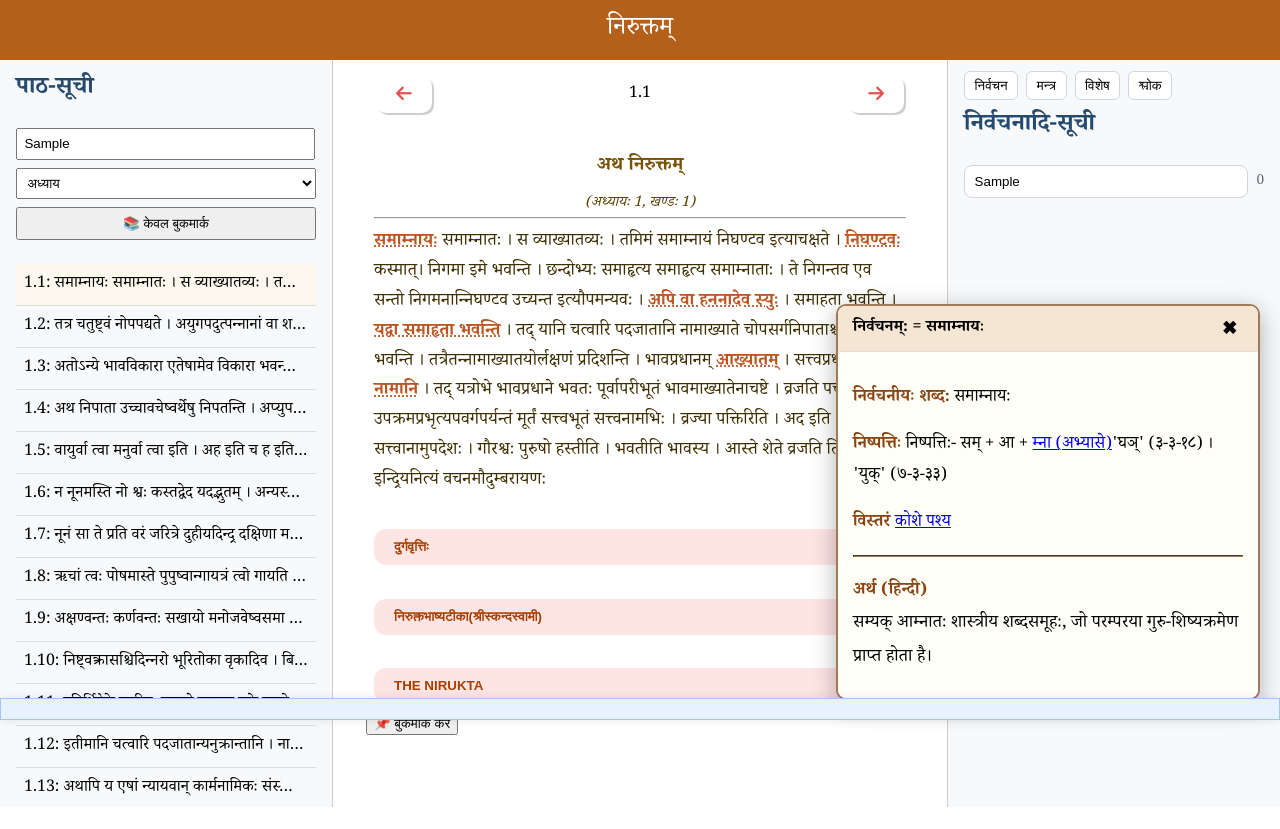
Repository: sanskritsphere/Niruktam
Page: index.html
The author's editor kept a copy of each file at every save. The page is drawn from the files as they stood at one save, then again after the next save.
The browser window is 1280 px wide. The pictures show the whole page.
Empty fields were first filled with sample values (such as "Sample", 5 or name@example.com).
After loading, the first visible `#mark-\#b-0-text-0` was clicked once.
Some web fonts or font styles are not loaded; a fallback is used.

Above is the page before, as saved 2025-12-14 08:59:44.

After the next save:
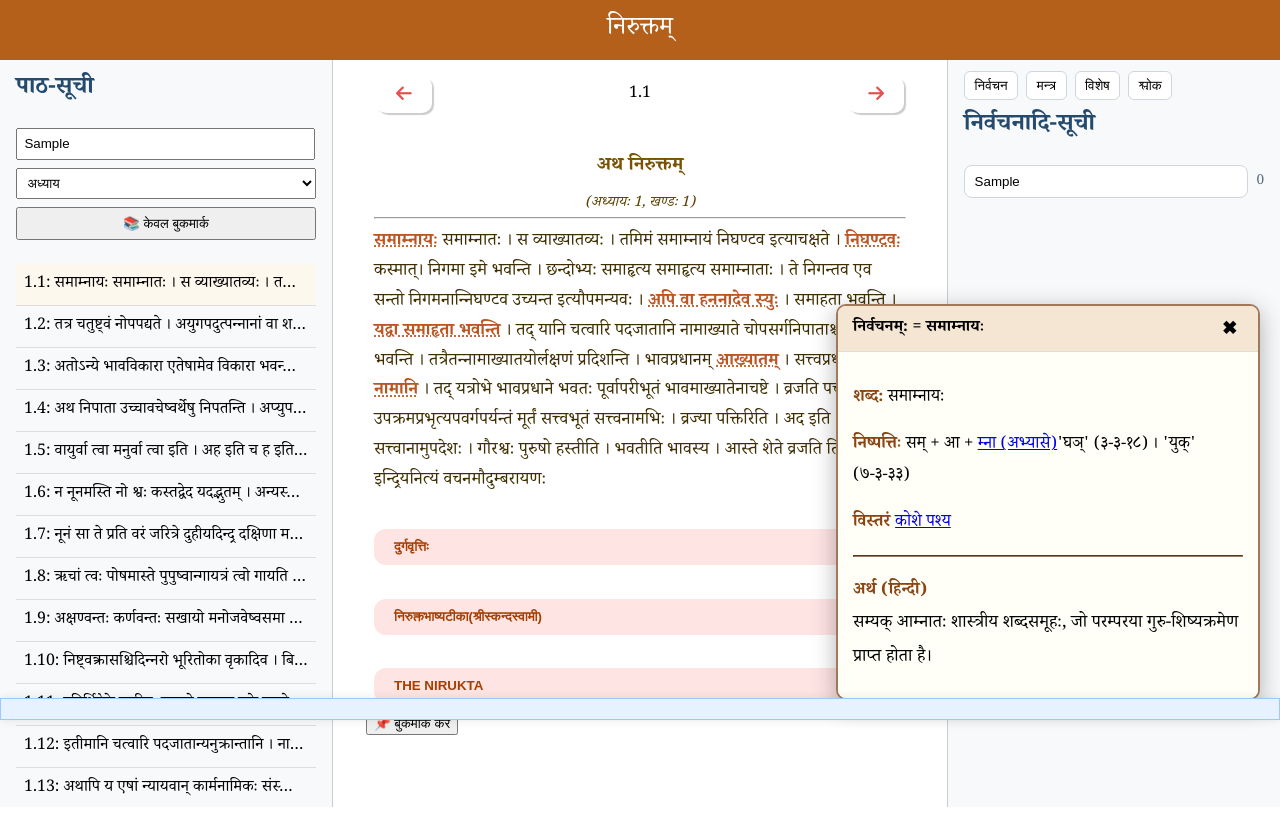
Saved 3 min 12 s later.
--- a/script.js
+++ b/script.js
@@ -3,9 +3,8 @@
 // =============== CUSTOM VYAKHYA DATA (केवल meaning class वाले) ===============
 const customVyakhya = [
   {
-
     "shabda": "समाम्नायः",
-    "vyakaran": "निष्पत्तिः- सम् + आ + <a target='blank' href='https://ashtadhyayi.com/dhatu/01.1078?tab=&upasarga=sam%3BAN'>म्ना (अभ्यासे)</a>'घञ्' (३-३-१८) । 'युक्' (७-३-३३)",
+    "vyakaran": "सम् + आ + <a target='blank' href='https://ashtadhyayi.com/dhatu/01.1078?tab=&upasarga=sam%3BAN'>म्ना (अभ्यासे)</a>'घञ्' (३-३-१८) । 'युक्' (७-३-३३)",
     "vyakhya": "सम्यक् आम्नातः शास्त्रीय शब्दसमूहः, जो परम्परया गुरु-शिष्यक्रमेण प्राप्त होता है।",
     "link" : "<a target='blank' href='https://ashtadhyayi.com/kosha?search=%E0%A4%B8%E0%A4%AE%E0%A4%BE%E0%A4%AE%E0%A5%8D%E0%A4%A8%E0%A4%BE%E0%A4%AF%E0%A4%83'>कोशे पश्य</a>"
   },
@@ -39,7 +38,7 @@ const customVyakhya = [
   },
   {
     "shabda": "नामानि",
-    "vyakaran": "<a target='blank' href='https://ashtadhyayi.com/dhatu?search=nam'>नम्</a> + मनिन् (नामन्सीमन् इति <a target='blank' href='https://ashtadhyayi.com/unaadi?search=%E0%A4%A8%E0%A4%BE%E0%A4%AE%E0%A4%A8%E0%A5%8D'उणादौ</a> प्रतिपादितम्)",
+    "vyakaran": "<a target='blank' href='https://ashtadhyayi.com/dhatu?search=nam'>नम्</a> + मनिन् (नामन्सीमन् इति <a target='blank' href='https://ashtadhyayi.com/unaadi?search=%E0%A4%A8%E0%A4%BE%E0%A4%AE%E0%A4%A8%E0%A5%8D'>उणादौ</a> प्रतिपादितम्)",
     "vyakhya": "जिस पद में द्रव्य या वस्तु का बोध प्रधान हो, वह नामपद होता है।",
      "link" : "<a target='blank' href='https://ashtadhyayi.com/kosha?search=%E0%A4%A8%E0%A4%BE%E0%A4%AE%E0%A4%A8%E0%A5%8D'>कोशे पश्य</a>"
 
@@ -653,7 +652,7 @@ function showVyakhya(anchorId) {
   titleEl.textContent = `निर्वचनम्: = ${foundTerm.label}`;
 
   contentEl.innerHTML = `
-    <p><strong>निर्वचनीयः शब्द:</strong> ${foundTerm.label}</p>
+    <p><strong>शब्द:</strong> ${foundTerm.label}</p>
     <p><strong>निष्पत्तिः</strong> ${customEntry.vyakaran}</p>
     <p><strong>विस्तरं </strong> ${customEntry.link}</p>
     <hr style="margin:10px 0; border-color:#a0785a;">
